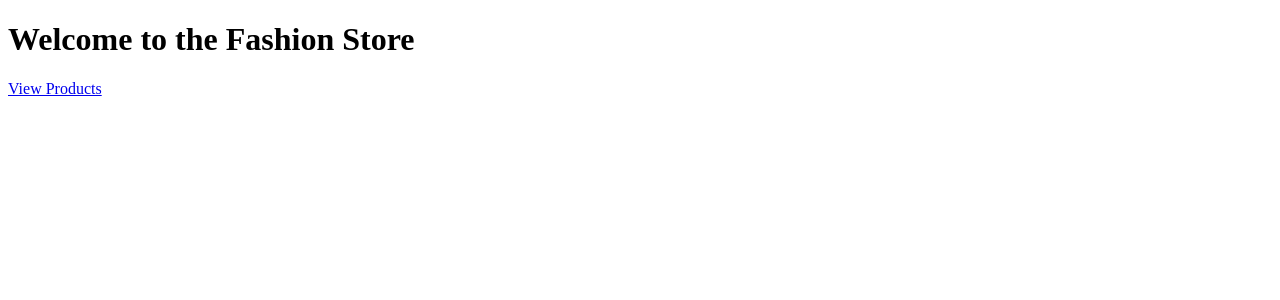
Repository: Thang871/web-thoi-trang
Page: http://localhost/
The author's editor kept a copy of each file at every save. The page is drawn from the files as they stood at one save, then again after the next save.
The browser window is 1280 px wide. The pictures show the whole page.
The page is served by the project's application, run on Flask 3 (app.py).

Above is the page before, as saved 2024-11-25 08:07:15.

### templates/index.html
<!DOCTYPE html>
<html lang="en">
<head>
    <meta charset="UTF-8">
    <meta name="viewport" content="width=device-width, initial-scale=1.0">
    <title>Fashion Store</title>
</head>
<body>
    <h1>Welcome to the Fashion Store</h1>
    <a href="/products">View Products</a>
</body>
</html>

### app.py
from flask import Flask, render_template

app = Flask(__name__)

@app.route('/')
def home():
    return render_template('index.html')  # Render tệp index.html

@app.route('/products')
def products():
    return render_template('products.html')  # Render tệp products.html

if __name__ == '__main__':
    app.run(host='0.0.0.0', port=5000)

### templates/products.html
<!DOCTYPE html>
<html lang="en">
<head>
    <meta charset="UTF-8">
    <meta name="viewport" content="width=device-width, initial-scale=1.0">
    <title>Our Products</title>
</head>
<body>
    <h1>Our Fashion Products</h1>
    <ul>
        <li>Dress - $50</li>
        <li>T-shirt - $20</li>
        <li>Jeans - $40</li>
    </ul>
</body>
</html>

After the next save:
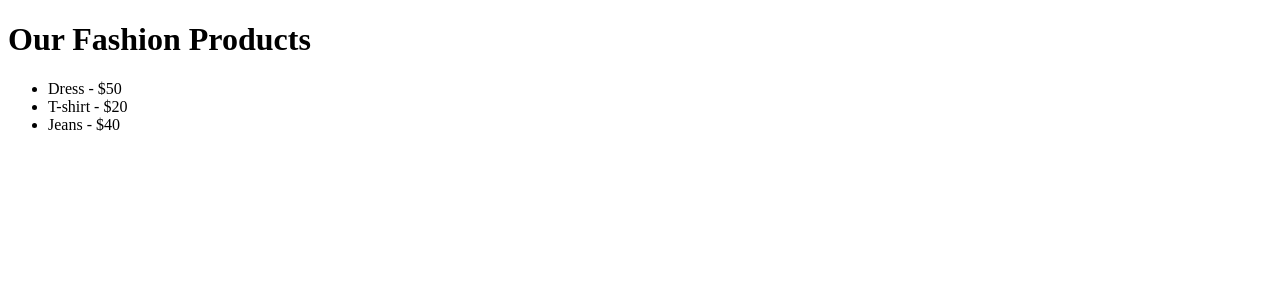
Saved 6 min 8 s later.
--- a/app.py
+++ b/app.py
@@ -1,14 +1,27 @@
-from flask import Flask, render_template
+from flask import Flask, render_template, session, redirect, url_for
 
 app = Flask(__name__)
+app.secret_key = 'your_secret_key'  # Mã bí mật cho session
+
+# Dữ liệu sản phẩm mẫu
+products = [
+    {'id': 1, 'name': 'Elegant Dress', 'description': 'A stylish and elegant dress perfect for any occasion.', 'price': 50.00, 'image': 'dress.jpg'},
+    {'id': 2, 'name': 'Comfortable T-shirt', 'description': 'Soft and comfortable cotton t-shirt for everyday wear.', 'price': 20.00, 'image': 'tshirt.jpg'},
+    {'id': 3, 'name': 'Trendy Jeans', 'description': 'Classic denim jeans that are perfect for any outfit.', 'price': 40.00, 'image': 'jeans.jpg'}
+]
 
 @app.route('/')
 def home():
-    return render_template('index.html')  # Render tệp index.html
+    return render_template('products.html', products=products)
 
-@app.route('/products')
-def products():
-    return render_template('products.html')  # Render tệp products.html
+@app.route('/add_to_cart/<int:product_id>')
+def add_to_cart(product_id):
+    product = next((prod for prod in products if prod['id'] == product_id), None)
+    if product:
+        cart = session.get('cart', [])
+        cart.append(product)
+        session['cart'] = cart
+    return redirect(url_for('home'))
 
 if __name__ == '__main__':
-    app.run(host='0.0.0.0', port=5000)
+    app.run(debug=True, host='0.0.0.0', port=5000)
